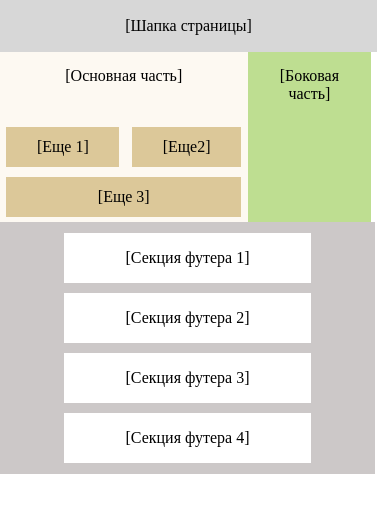
Repository: VictoriSyh/week7
Page: index_adapt.html
These files come from the project's save history. The page is drawn as it stood at one moment and after the next save; the edit follows.
The browser window is 375 px wide. The page is 377 px wide, so the pictures cover 377 px, including what lies to the right of the window. The pictures show the whole page.

Above is the page before, as saved 2025-01-02 18:20:19.

After the next save:
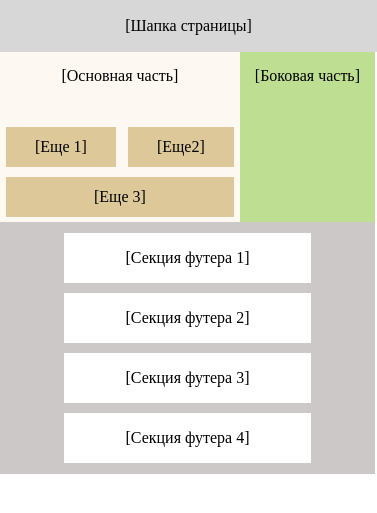
Saved 11 s later.
--- a/styles/style_adapt.css
+++ b/styles/style_adapt.css
@@ -115,7 +115,7 @@ footer{
 
     .mainpart{
         display: grid;
-        grid-template-columns: 33% 33% 33%;
+        grid-template-columns: 1fr 1fr;
     }
 
 }
